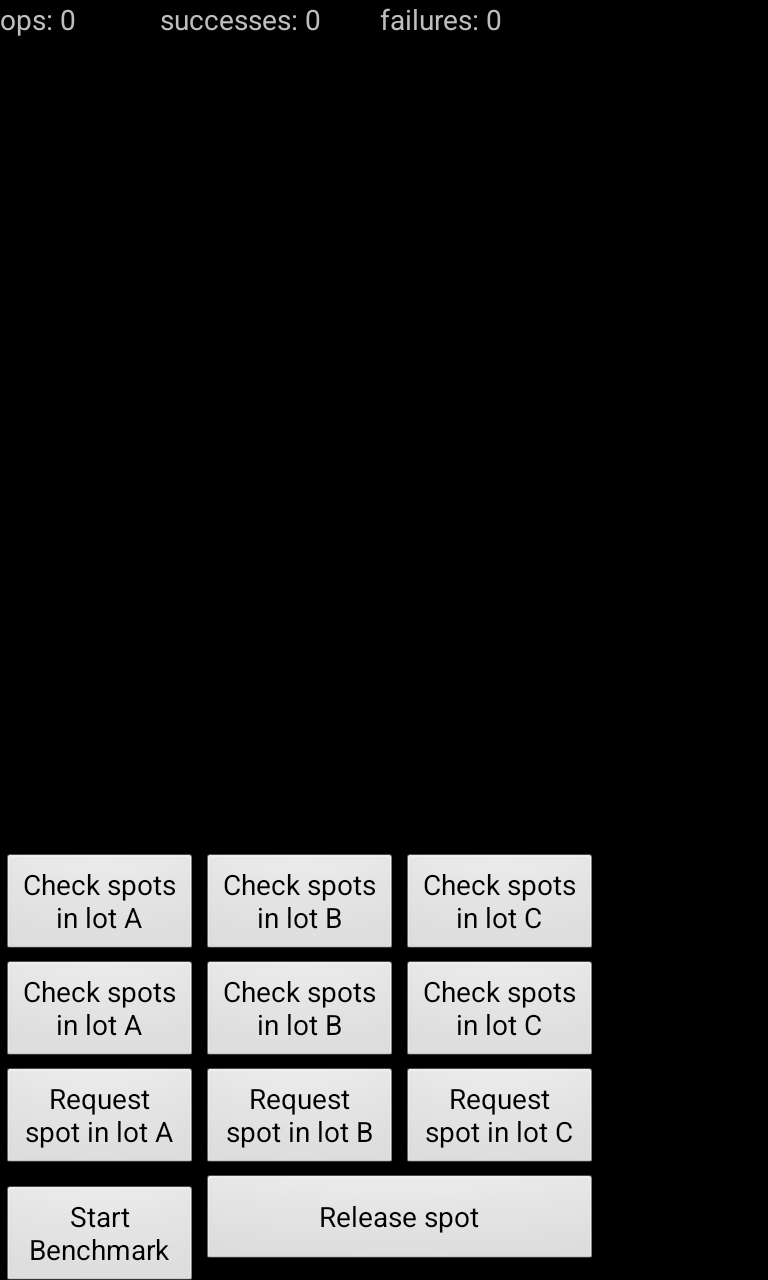
Repository: jasongao/csmcode
Layout: current/workspace/SMCloud/res/layout/main.xml
The author's editor kept a copy of each file at every save. The layout is drawn from the files as they stood at one save, then again after the next save.
It is drawn on a 768 x 1280 px phone screen (xhdpi) without system bars, with theme android:Theme; the app's code is not run. Lists and similar views that code fills are empty.

Above is the layout before, as saved 2011-07-14 19:03:44.

After the next save:
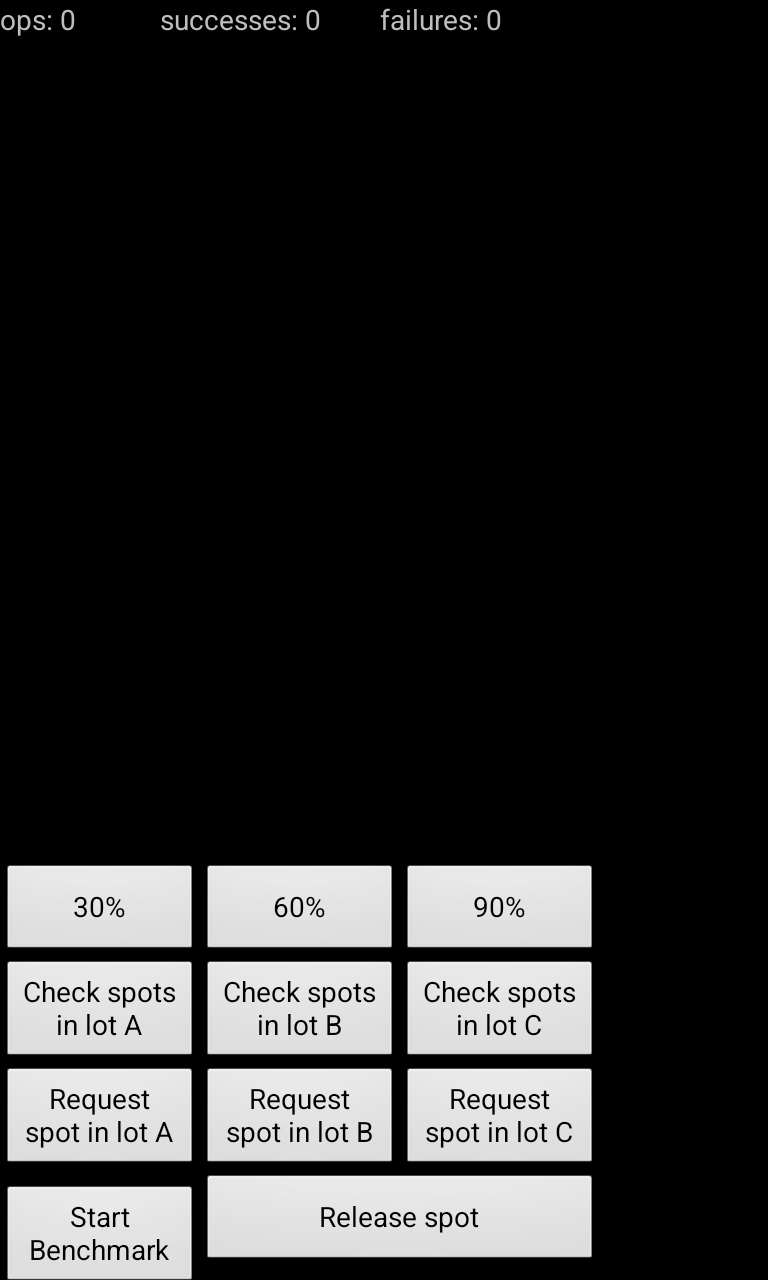
Saved 16 s later.
--- a/current/workspace/SMCloud/res/layout/main.xml
+++ b/current/workspace/SMCloud/res/layout/main.xml
@@ -22,13 +22,13 @@
 		android:orientation="horizontal" android:layout_height="wrap_content"
 		android:id="@+id/SetDistributionLayout">
 		<Button android:layout_height="wrap_content"
-			android:layout_width="100dip" android:text="Check spots in lot A"
+			android:layout_width="100dip" android:text="30%"
 			android:id="@+id/readparkingA_button"></Button>
 		<Button android:layout_height="wrap_content"
-			android:layout_width="100dip" android:text="Check spots in lot B"
+			android:layout_width="100dip" android:text="60%"
 			android:id="@+id/readparkingB_button"></Button>
 		<Button android:layout_height="wrap_content"
-			android:layout_width="100dip" android:text="Check spots in lot C"
+			android:layout_width="100dip" android:text="90%"
 			android:id="@+id/readparkingC_button"></Button>
 	</LinearLayout>
 
